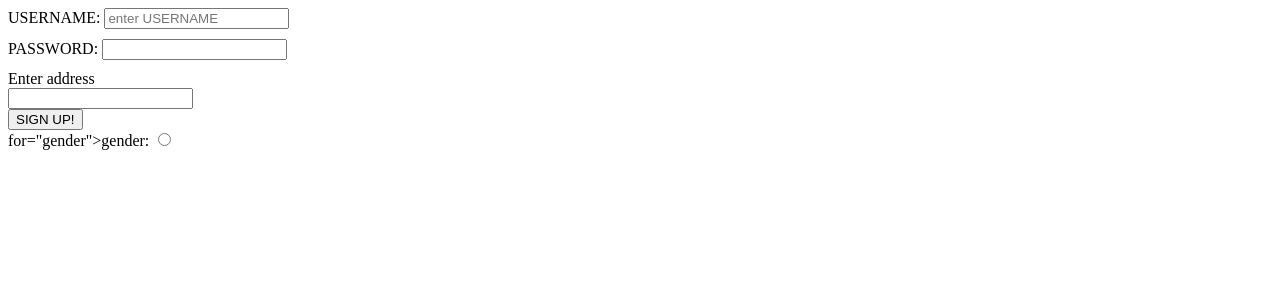
Repository: mirambialex/myform
Page: website/INDEX.HTML
The author's editor kept a copy of each file at every save. The page is drawn from the files as they stood at one save, then again after the next save.
The browser window is 1280 px wide. The pictures show the whole page.

Above is the page before, as saved 2024-04-11 09:54:51.

### website/INDEX.HTML
<!DOCTYPE html>
<html lang="en">
<head>

    <title>WEBPAGE DESIGN</title>
    <LINK REL="STYLESHEET" HREF="STYLE.CSS">
</head>
<body>

 <DIV class="MAIN">USERNAME: <INPUT TYPE="TEXT" placeholder="enter USERNAME"> <br/>
 </DIV>
 <DIV class="A"> PASSWORD: <INPUT TYPE="PASSWORD" NAME="PASSWORD"> <br/></DIV>
 Enter address <br/>
<DIV CLASS="B"><input type="text" name="enter your address"></DIV>
<DIV class="C"><BUTTon>SIGN UP!</BUTTon></DIV>
<LAbe> for="gender">gender: </LAbel>
<INPUT type="radio" ID="GENDER" name="GENDER" VALUE="MALE/>"
 </body>
</html>

### website/STYLE.CSS
.MAIN{
    margin-bottom: 0.8%;
}
.A{
    margin-bottom: 0.8%;
}
.B{

}

After the next save:
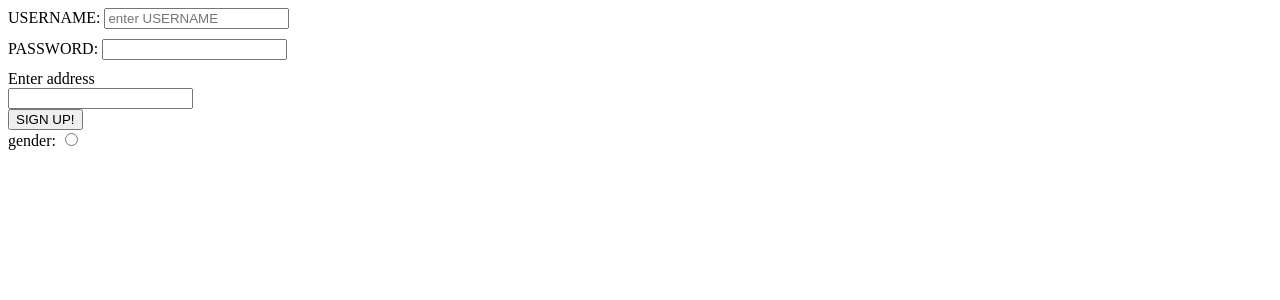
Saved 34 s later.
--- a/website/INDEX.HTML
+++ b/website/INDEX.HTML
@@ -13,7 +13,7 @@
  Enter address <br/>
 <DIV CLASS="B"><input type="text" name="enter your address"></DIV>
 <DIV class="C"><BUTTon>SIGN UP!</BUTTon></DIV>
-<LAbe> for="gender">gender: </LAbel>
+<LAbe for="gender">gender: </LAbel>
 <INPUT type="radio" ID="GENDER" name="GENDER" VALUE="MALE/>"
  </body>
 </html>
